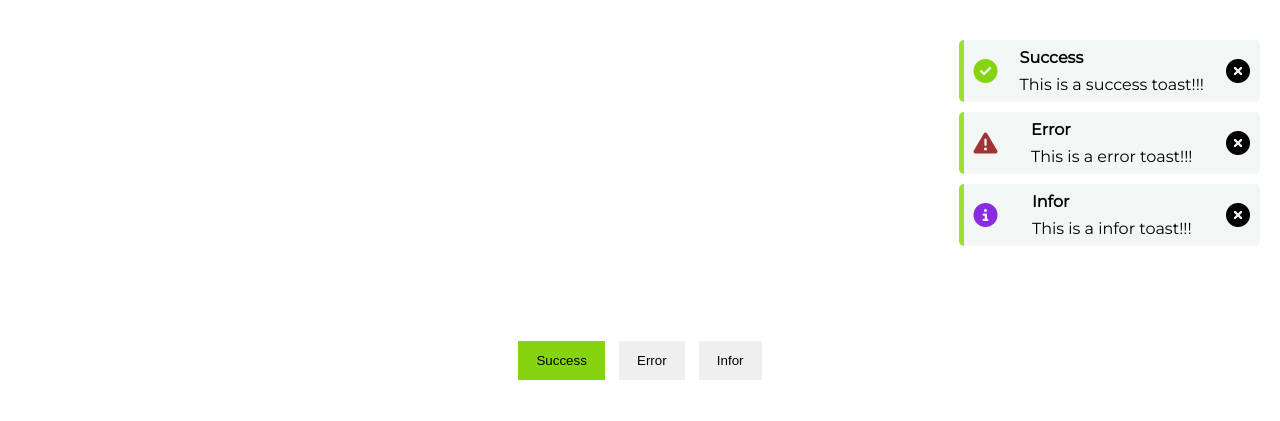
Repository: thuynguyen0964/Toast-Cooler
Page: index.html
An editor plug-in stored every save of this project. The page is shown before and after a run of saves, followed by the edit.
The browser window is 1280 px wide. The pictures show the whole page.

Above is the page before, as saved 2023-01-26 20:37:25.

After the next 3 saves:
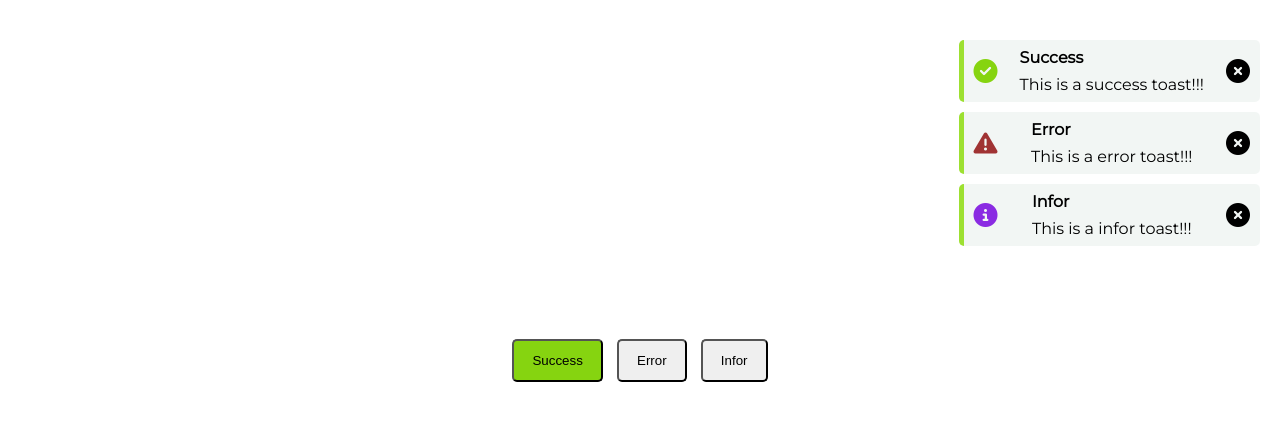
The 3 saves are shown as one change because they came seconds apart.
The last was saved 12 s later.
--- a/app/style.css
+++ b/app/style.css
@@ -53,10 +53,12 @@ body{
 }
 
 .btn{
+    col
     border: unset;
     outline: none;
     padding: 12px 18px;
     margin: 0 5px;
+    border-radius: 5px;
 }
 .btn#success{
     background-color: #86d410;
